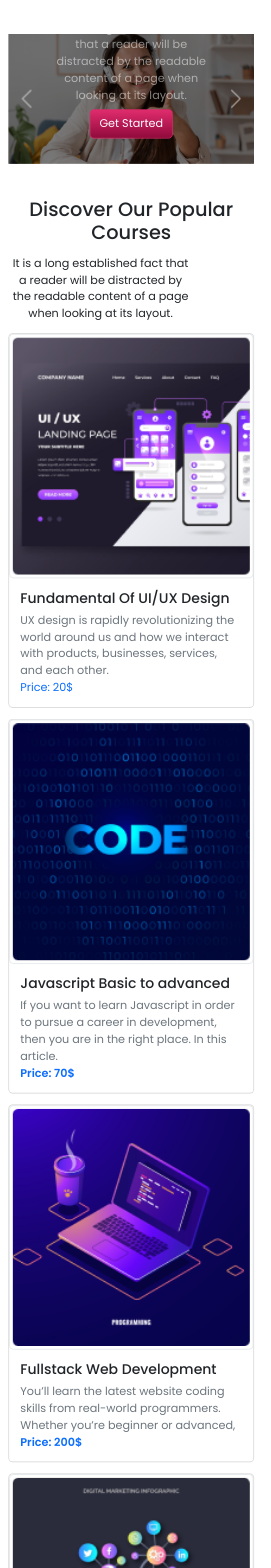
Repository: mdrubel02/Guru-Developer
Page: index.html
The author's editor kept a copy of each file at every save. The page is drawn from the files as they stood at one save, then again after the next save.
The browser window is 375 px wide. The page is 387 px wide, so the pictures cover 387 px, including what lies to the right of the window. The pictures show the part of the page from y = 0 to 2240 px (the page is 6954 px tall), at 70% of full size.
Some web libraries are served in a nearby version.

Above is the page before, as saved 2022-07-28 14:25:23.

After the next save:
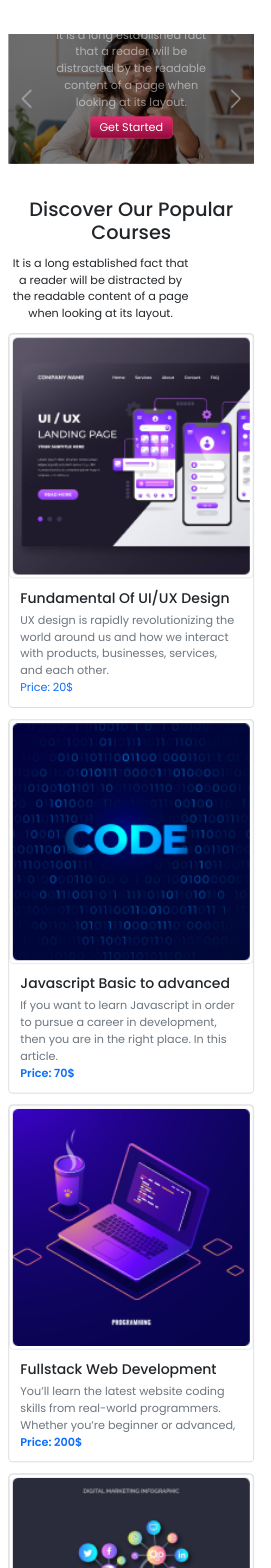
Saved 17 s later.
--- a/style.css
+++ b/style.css
@@ -120,7 +120,7 @@
         font-size: 10px;
     }
     .slider_caption a{
-        padding: 0.5rem .8rem;
+        padding: 0.2rem .8rem;
     }
 }
 @media only screen and (max-width: 770px) {
